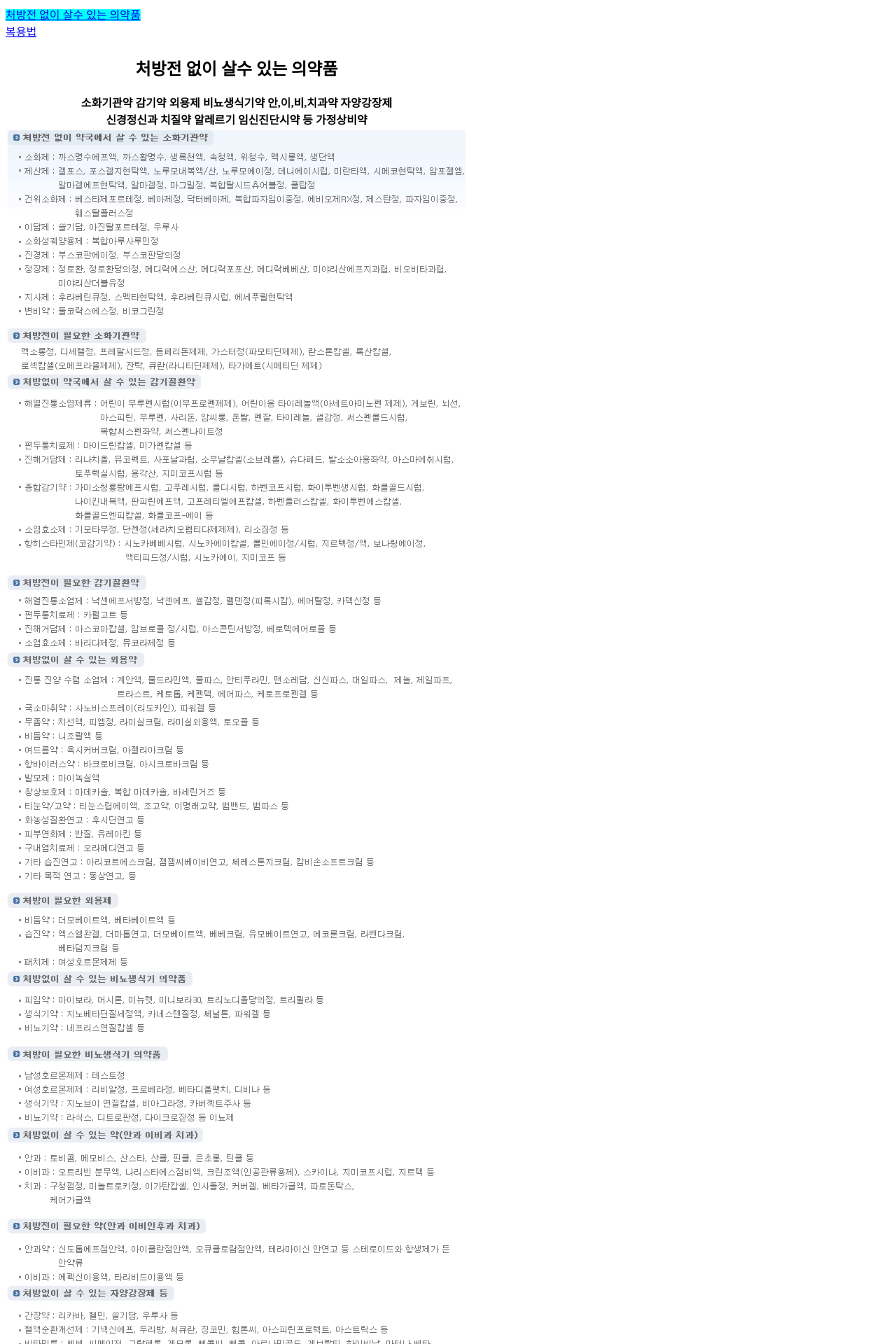
Repository: letzbegin/Study
Page: http://localhost/portfolio/WEB-INF/views/pillinfo/pill_nonprescription.jsp
The author's editor kept a copy of each file at every save. The page is drawn from the files as they stood at one save, then again after the next save.
The browser window is 1280 px wide. The pictures show the part of the page from y = 0 to 1920 px (the page is 2755 px tall), at 70% of full size.
The page is served by Tomcat 9. Nobody is signed in. Other server files are loaded and not shown. The template is opened directly, without the code that normally fills it, so the values that code supplies are empty.

Above is the page before, as saved 2018-10-15 04:51:50.

### pol/portfolio/src/main/webapp/WEB-INF/views/pillinfo/pill_nonprescription.jsp
<%@ page language="java" contentType="text/html; charset=UTF-8"
	pageEncoding="UTF-8"%>
<!DOCTYPE html PUBLIC "-//W3C//DTD HTML 4.01 Transitional//EN" "http://www.w3.org/TR/html4/loose.dtd">
<html>
<head>
<style type="text/css">
</style>
<meta http-equiv="Content-Type" content="text/html; charset=UTF-8">
<title>Insert title here</title>
</head>
<body>
	<!-- col 값은 12를 맥스 값으로 가짐 -->
	<div class="container-fluid text-center">
		<div class="row content">
			<div class="col-sm-3">
				<div class="panel panel-default">
					<div class="panel-heading">
						<a href="pillnon" style="background: aqua;">처방전 없이 살수 있는 의약품</a>
					</div>
					<div class="panel-body">
						<a href="pillusage">복용법</a>
					</div>
				</div>
			</div>
			<div class="col-sm-6 text-left">

				<table class="table">
					<tr>
						<th><h2>처방전 없이 살수 있는 의약품</h2>
							<div class="btn-group btn-group-justified">
								<a type="button" class="btn btn-primary">소화기관약</a> <a
									type="button" class="btn btn-primary">감기약</a> <a type="button"
									class="btn btn-primary">외용제</a> <a type="button"
									class="btn btn-primary">비뇨생식기약</a> <a type="button"
									class="btn btn-primary">안,이,비,치과약</a> <a type="button"
									class="btn btn-primary">자양강장제</a>
							</div>
							<div class="btn-group btn-group-justified">
								<a type="button" class="btn btn-primary">신경정신과</a> <a
									type="button" class="btn btn-primary">치질약</a> <a type="button"
									class="btn btn-primary">알레르기</a> <a type="button"
									class="btn btn-primary">임신진단시약 등</a> <a type="button"
									class="btn btn-primary">가정상비약</a>
							</div></th>
					</tr>
					<tr>
						<td><img src="img/pillnon/pillnon00.gif"></td>
					</tr>
					<tr>
						<td><img src="img/pillnon/pillnon01.gif"></td>
					</tr>
					<tr>
						<td><img src="img/pillnon/pillnon02.gif"></td>
					</tr>
					<tr>
						<td><img src="img/pillnon/pillnon03.gif"></td>
					</tr>
					<tr>
						<td><img src="img/pillnon/pillnon04.gif"></td>
					</tr>
					<tr>
						<td><img src="img/pillnon/pillnon05.gif"></td>
					</tr>
					<tr>
						<td><img src="img/pillnon/pillnon06.gif"></td>
					</tr>
					<tr>
						<td><img src="img/pillnon/pillnon07.gif"></td>
					</tr>
					<tr>
						<td><img src="img/pillnon/pillnon08.gif"></td>
					</tr>
					<tr>
						<td><img src="img/pillnon/pillnon09.gif"></td>
					</tr>
					<tr>
						<td><a href="#">위로가기</a></td>
					</tr>
				</table>
			</div>
			<div class="col-sm-3 sidenav">
				<div class="well">
					<p>ADS</p>
				</div>
				<div class="well">
					<p>ADS</p>
				</div>
			</div>
		</div>
	</div>
</body>
</html>

After the next save:
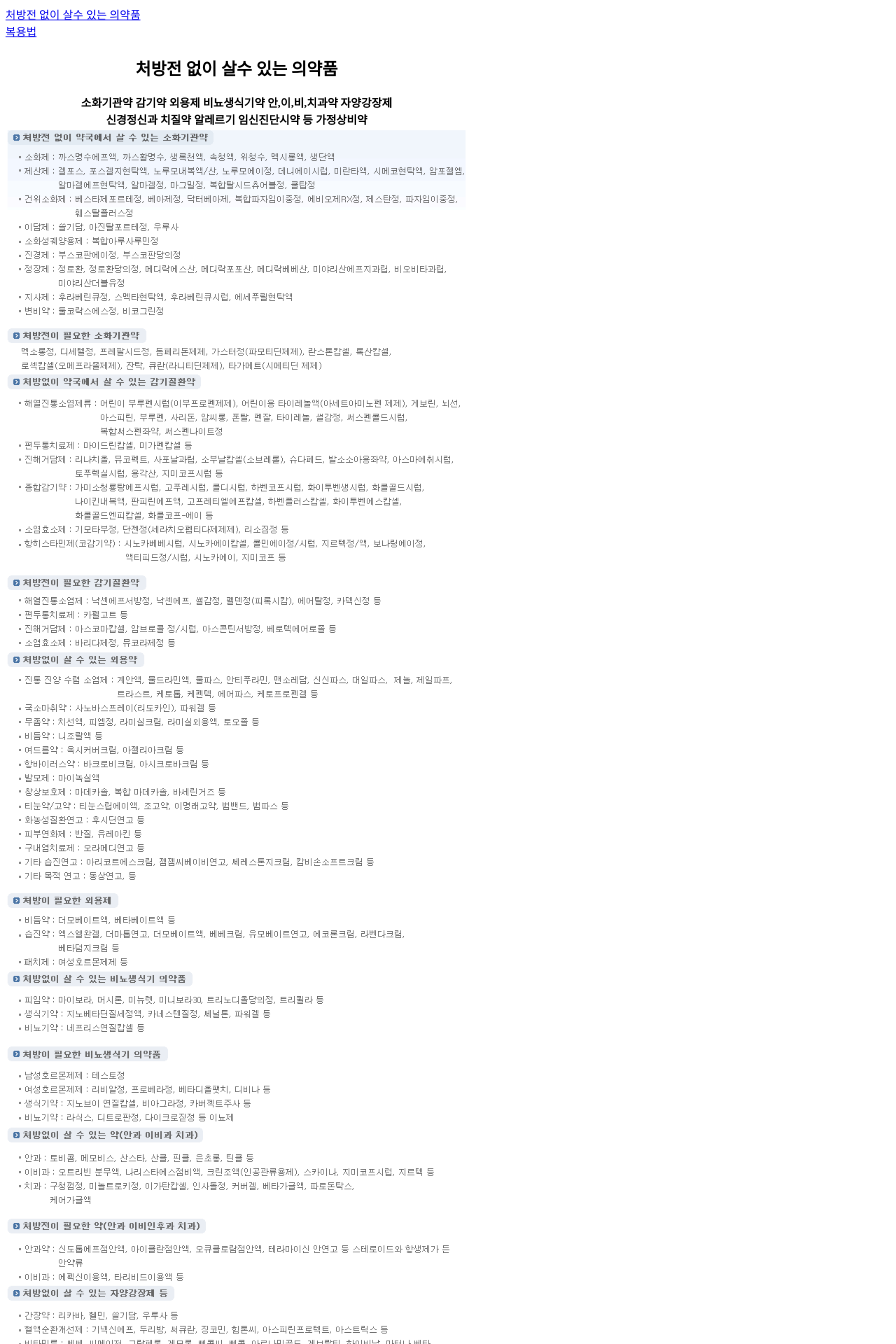
Saved 10 s later.
--- a/pol/portfolio/src/main/webapp/WEB-INF/views/pillinfo/pill_nonprescription.jsp
+++ b/pol/portfolio/src/main/webapp/WEB-INF/views/pillinfo/pill_nonprescription.jsp
@@ -15,7 +15,7 @@
 			<div class="col-sm-3">
 				<div class="panel panel-default">
 					<div class="panel-heading">
-						<a href="pillnon" style="background: aqua;">처방전 없이 살수 있는 의약품</a>
+						<a href="pillnon" ">처방전 없이 살수 있는 의약품</a>
 					</div>
 					<div class="panel-body">
 						<a href="pillusage">복용법</a>
